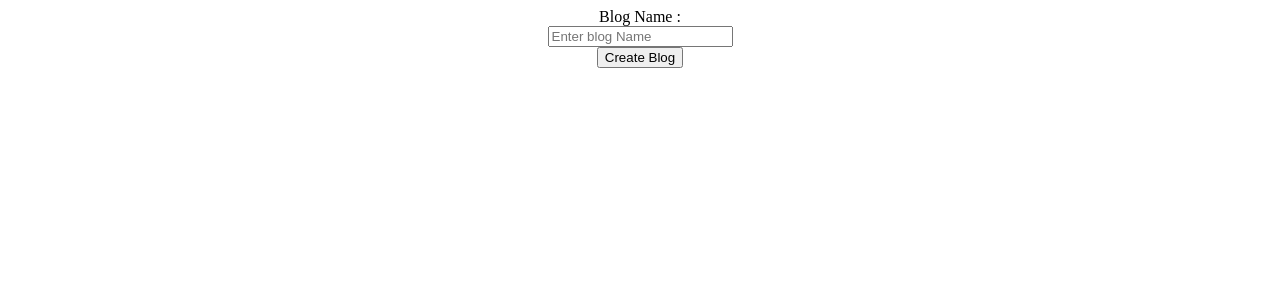
Repository: JamesArul/CLBSiteSTMT
Page: StudentsMeetFrontEnd/WebContent/Blog/BlogCreate.html
These files come from the project's save history. The page is drawn as it stood at one moment and after the next save; the edit follows.
The browser window is 1280 px wide. The pictures show the whole page.

Above is the page before, as saved 2017-05-31 17:48:47.

After the next save:
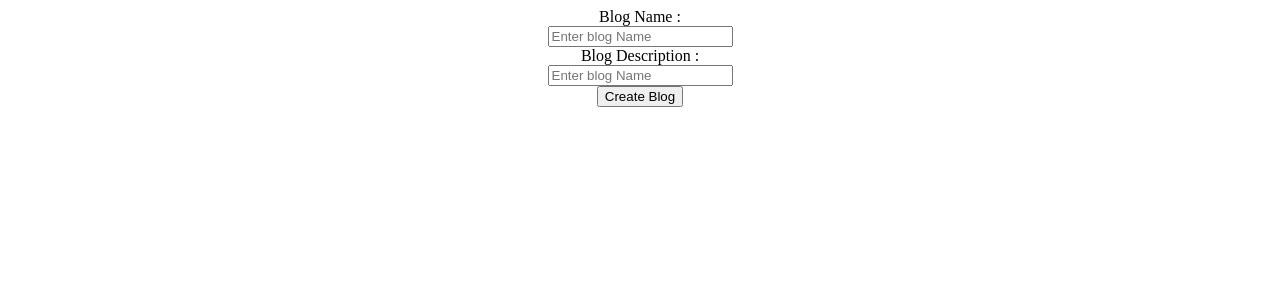
Saved 102 s later.
--- a/StudentsMeetFrontEnd/WebContent/Blog/BlogCreate.html
+++ b/StudentsMeetFrontEnd/WebContent/Blog/BlogCreate.html
@@ -8,6 +8,12 @@
     </div>
   </div>
   <div class="form-group">
+    <label class="control-label col-sm-2" for="blogDesc">Blog Description :</label>
+    <div class="col-sm-10">
+      <input type="password" class="form-control" id="blogDesc" placeholder="Enter blog Name"  ng-model="btrl.blog.blogDescription">
+    </div>
+  </div>
+  <div class="form-group">
     <div class="col-sm-offset-2 col-sm-10">
 	<input type="submit" value="Create Blog">
 	</div>
